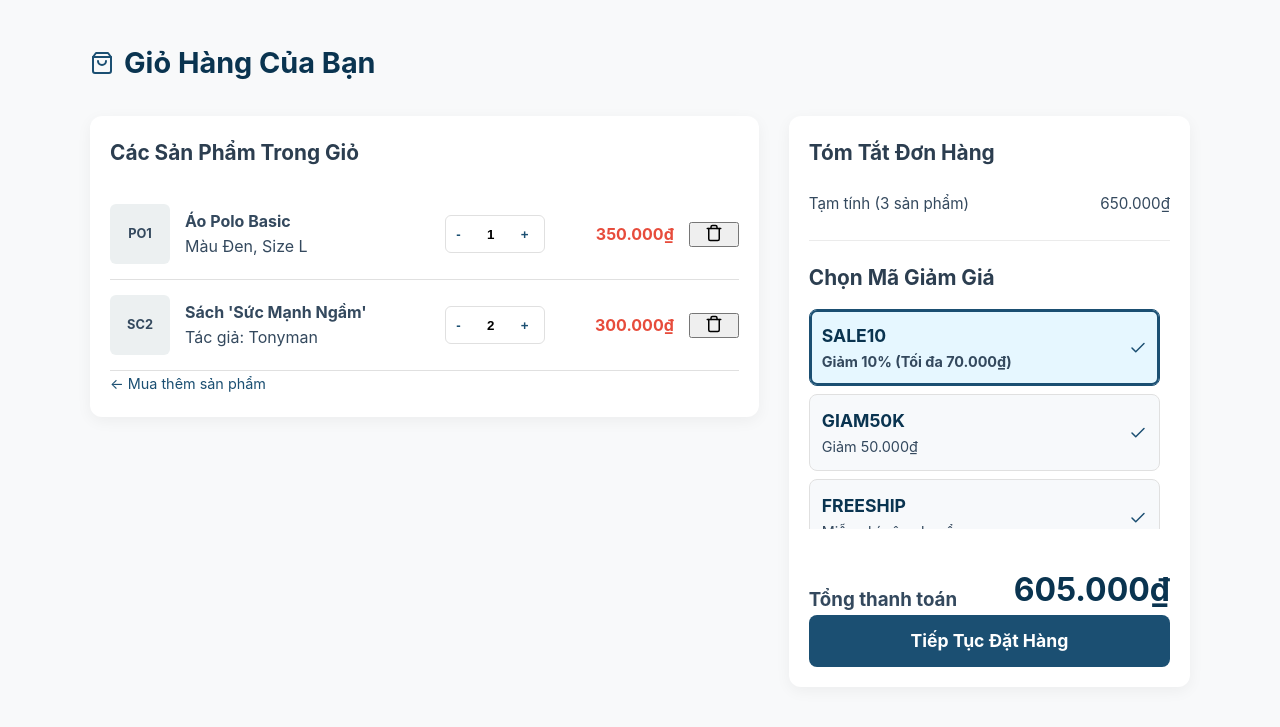
Repository: binhphanbp/ECMAScript_WEB501_WD20301
Page: Lab/Lab4/Lab444/cart.html
An editor plug-in stored every save of this project. The page is shown before and after the next save, followed by the edit.
The browser window is 1280 px wide. The pictures show the whole page.

Above is the page before, as saved 2025-09-30 10:17:32.

After the next save:
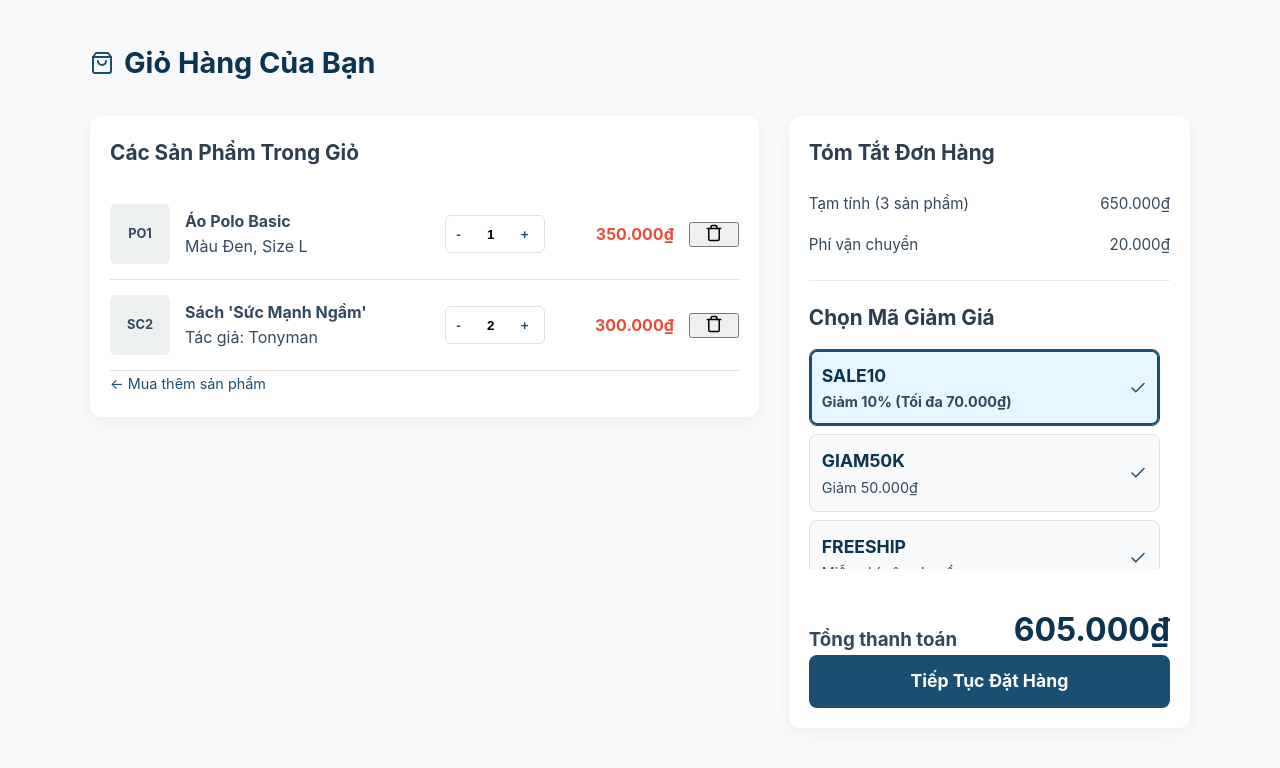
Saved 1 s later.
--- a/Lab/Lab4/Lab444/cart.html
+++ b/Lab/Lab4/Lab444/cart.html
@@ -48,6 +48,10 @@
               <span>Tạm tính (<span id="item-count">0</span> sản phẩm)</span>
               <span id="subtotal">0₫</span>
             </div>
+            <div class="summary-line">
+              <span>Phí vận chuyển</span>
+              <span id="shipping-fee-cart">20.000₫</span>
+            </div>
           </div>
 
           <h2>Chọn Mã Giảm Giá</h2>
